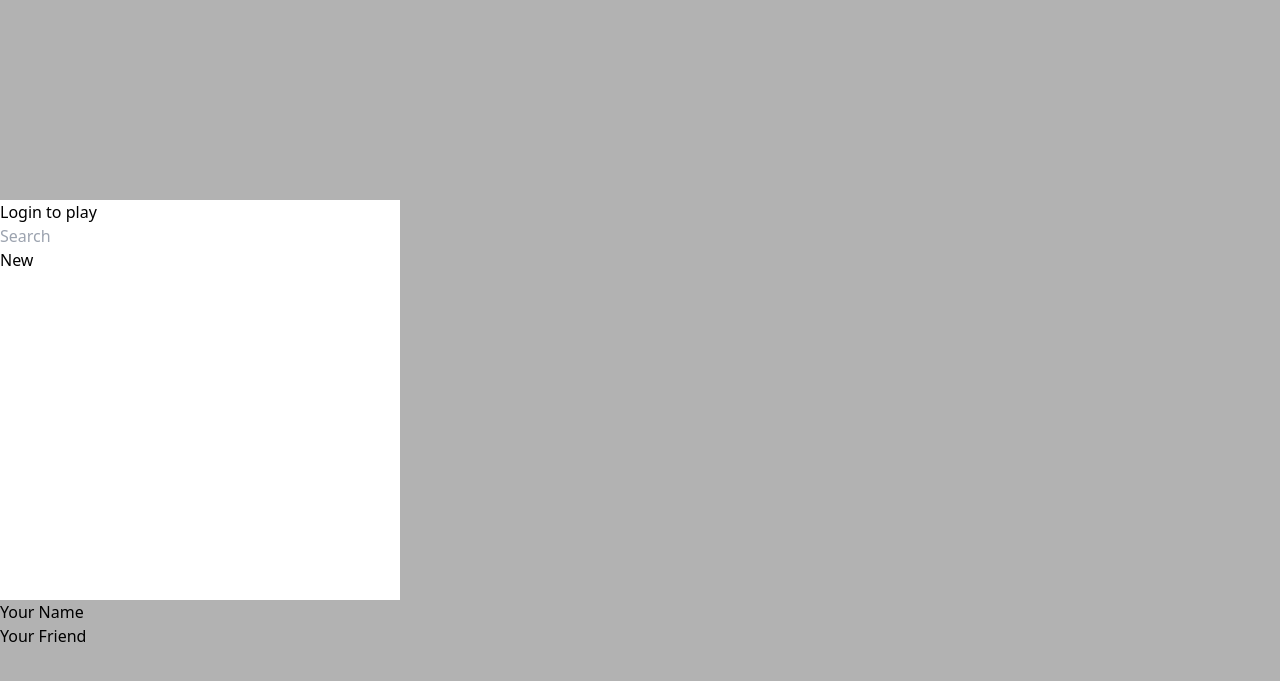
Repository: Teddy1705/demo_pj
Page: /
The author's editor kept a copy of each file at every save. The page is drawn from the files as they stood at one save, then again after the next save.
The browser window is 1280 px wide. The pictures show the whole page.
The project was rebuilt for these pictures with package versions that can differ from the ones it lists, and the page was loaded fresh each time. Also part of the build but not shown: vite.config.js.

Above is the page before, as saved 2024-04-16 08:53:26.

After the next save:
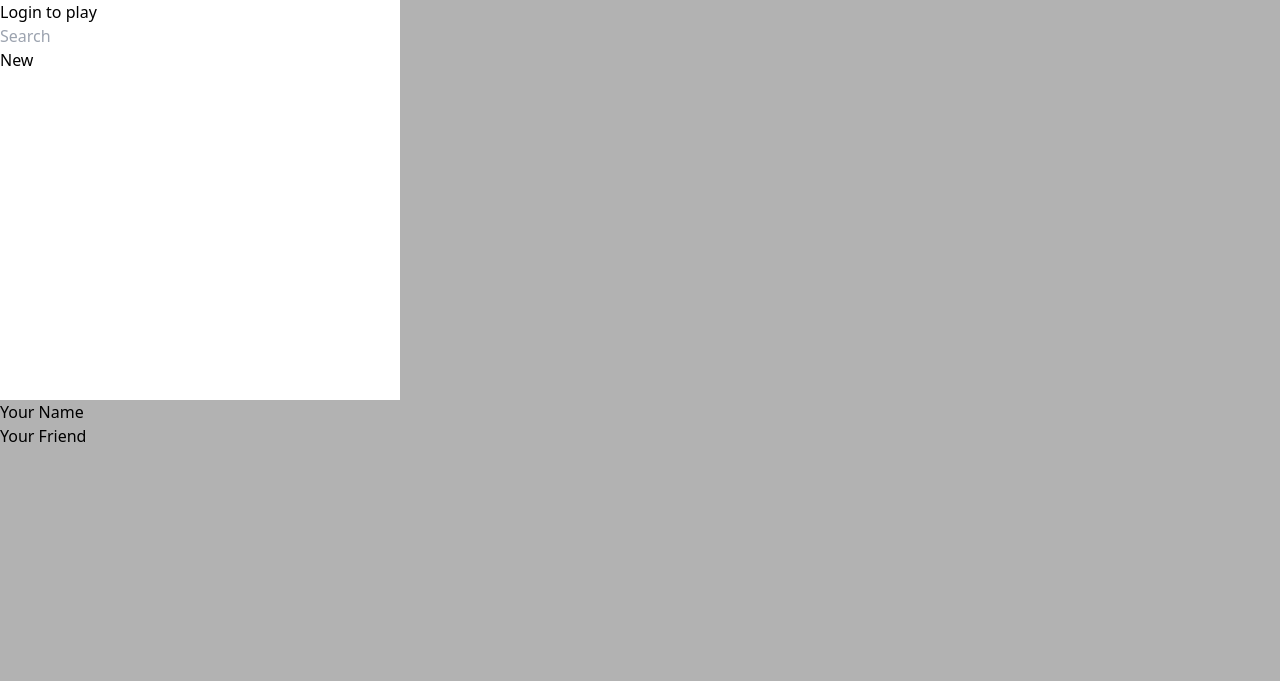
Saved 19 s later.
--- a/src/index.css
+++ b/src/index.css
@@ -578,7 +578,7 @@ video {
 #modal .modal__body {
   position: relative;
   background-color: var(--white-color);
-  margin-top: 200px;
+  margin: 0;
   width: 400px;
   height: 400px;
 }
